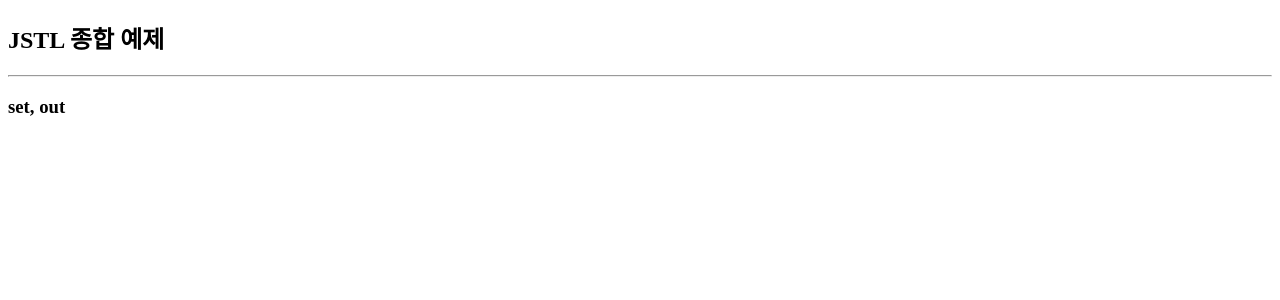
Repository: gold9387/jwbook
Page: http://localhost/jwbook/ch07/jstlExam.jsp
An editor plug-in stored every save of this project. The page is shown before and after the next save, followed by the edit.
The browser window is 1280 px wide. The pictures show the whole page.
The page is served by Tomcat 9.

Above is the page before, as saved 2023-06-06 08:21:55.

After the next save:
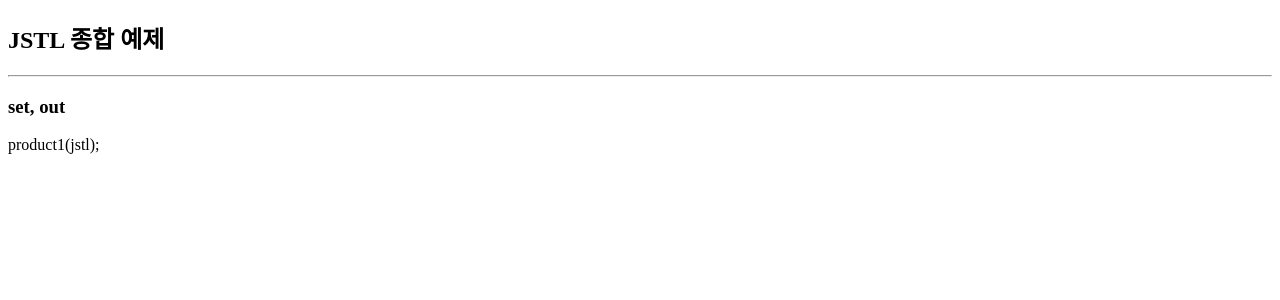
Saved 34 s later.
--- a/jwbook/src/main/webapp/ch07/jstlExam.jsp
+++ b/jwbook/src/main/webapp/ch07/jstlExam.jsp
@@ -15,5 +15,8 @@
 	<c:set var="product1" value="<b>애플 아이폰</b>" />
 	<c:set var="product2" value="삼성 갤럭시 노트" />
 	<c:set var="intArray" value="${[1, 2, 3, 4, 5]}" />
+	<p>
+	product1(jstl);
+	</p>
 </body>
 </html>
